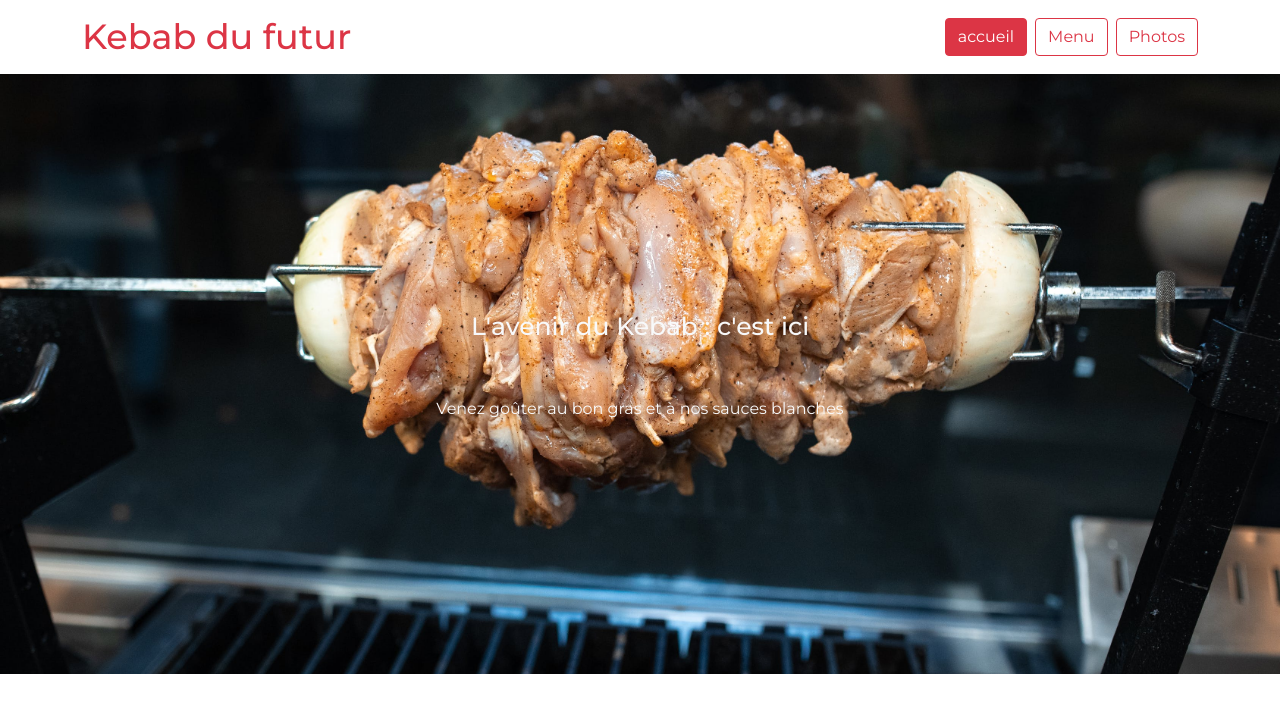
Repository: phbord/THP-js-exercices-manipulation-DOM
Page: index.html
These files come from the project's save history. The page is drawn as it stood at one moment and after the next save; the edit follows.
The browser window is 1280 px wide. The pictures show the whole page.

Above is the page before, as saved 2021-07-19 11:19:30.

### index.html
<!DOCTYPE HTML>
<html lang="fr">
    <head>
        <title></title>
        <meta charset="utf-8">
        <link href="https://cdn.jsdelivr.net/npm/bootstrap@5.0.2/dist/css/bootstrap.min.css"
                rel="stylesheet"
                integrity="sha384-EVSTQN3/azprG1Anm3QDgpJLIm9Nao0Yz1ztcQTwFspd3yD65VohhpuuCOmLASjC"
                crossorigin="anonymous">
        <link rel="stylesheet" href="./styles/main.css">
    </head>
    <body>
        <!-- HEADER -->
        <header class="py-3">
            <nav class="container d-flex align-items-center justify-content-between">
                <div class="me-5" href="#">
                    <h1 class="text-danger">Kebab du futur</h1>
                </div>
                <ul class="d-flex">
                    <li class="me-2">
                        <a class="btn btn-danger" href="#">accueil</a>
                    </li>
                    <li class="me-2">
                        <a class="btn btn-outline-danger" href="#">Menu</a>
                    </li>
                    <li>
                        <a class="btn btn-outline-danger" href="#">Photos</a>
                    </li>
                </ul>
            </nav>
        </header>

        <!-- ACCUEIL -->
        <section class="home d-flex flex-column justify-content-center align-items-center p-4">
            <h2 class="text-light">L'avenir du Kebab : c'est ici</h2>
            <p class="text-light mt-5">Venez goûter au bon gras et à nos sauces blanches</p>
        </section>

        <!-- MENU -->

        <!-- PHOTOS -->


        <!-- SCRIPTS -->
        <script src="./scripts/main.js"></script>
    </body>
</html>

### styles/main.css
@import url('https://fonts.googleapis.com/css2?family=Montserrat:wght@100;200;300;400;500;600;700;800;900&display=swap');

body {
    font-family: Montserrat;
}

ul,li {
    margin: 0;
    padding: 0;
    list-style: none;
}

header h1 {
    font-size: 35px;
}
header h1 {
    margin: 0;
}
h2 {
    font-size: 25px;
}

a,button {
    -webkit-transition: all 300ms ease;
    -moz-transition: all 300ms ease;
    -ms-transition: all 300ms ease;
    -o-transition: all 300ms ease;
    transition: all 300ms ease;
}

/* ACCUEIL */
.home {
    height: 600px;
    background: transparent url(../img/i_home.jpeg) center no-repeat;
    background-size: cover;
}

/*  */

Loaded but not shown: scripts/main.js (no copy from this time; the picture is the same without it)

After the next save:
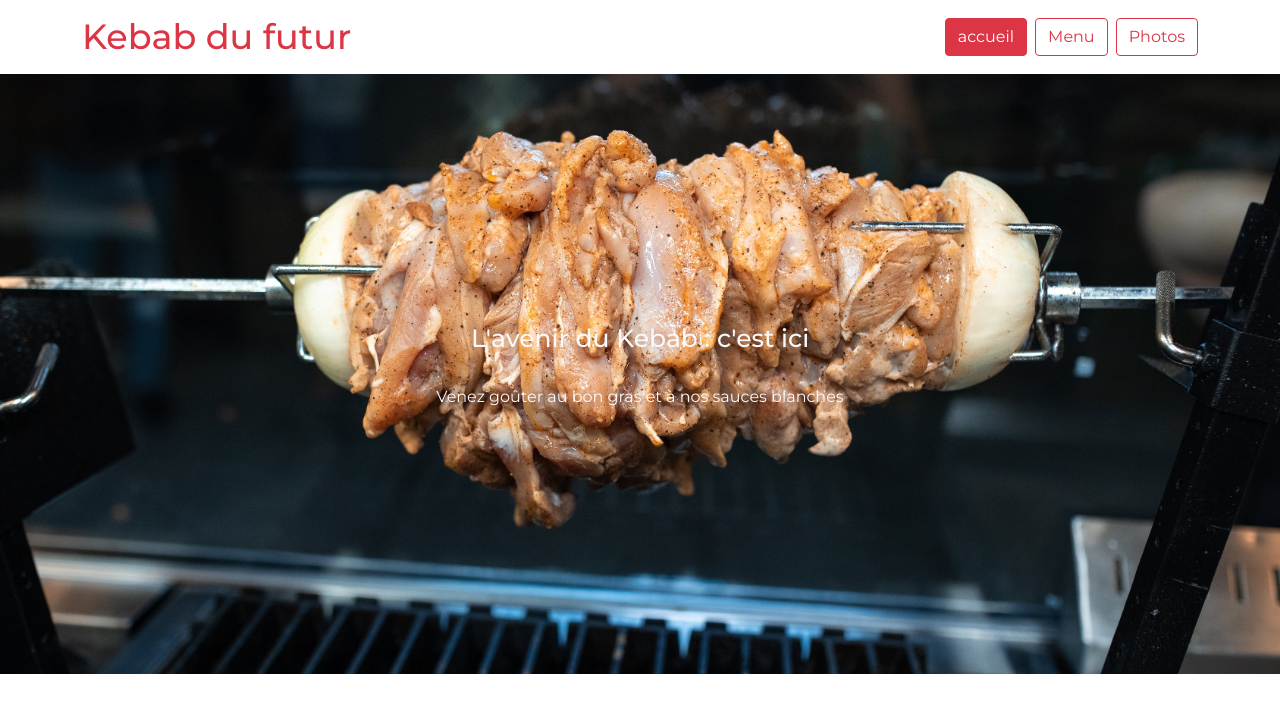
Saved 21 s later.
--- a/index.html
+++ b/index.html
@@ -33,7 +33,7 @@
         <!-- ACCUEIL -->
         <section class="home d-flex flex-column justify-content-center align-items-center p-4">
             <h2 class="text-light">L'avenir du Kebab : c'est ici</h2>
-            <p class="text-light mt-5">Venez goûter au bon gras et à nos sauces blanches</p>
+            <p class="text-light mt-4">Venez goûter au bon gras et à nos sauces blanches</p>
         </section>
 
         <!-- MENU -->
